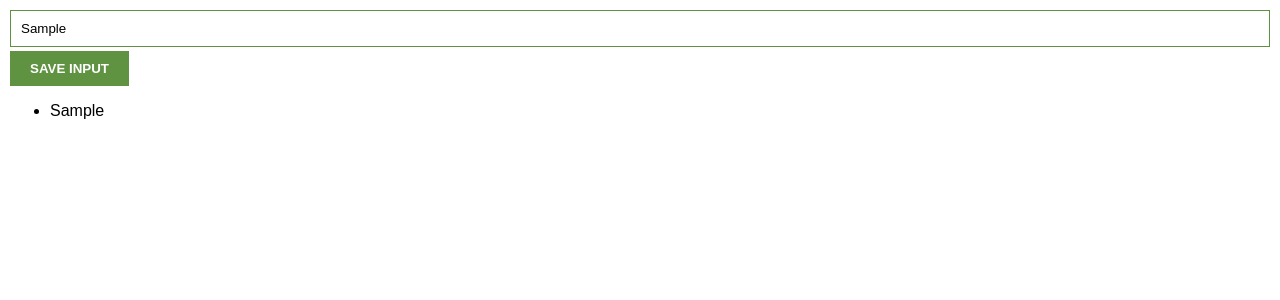
Repository: inno03/Chrome-clone-extension-app
Page: index.html
An editor plug-in stored every save of this project. The page is shown before and after a run of saves, followed by the edit.
The browser window is 1280 px wide. The pictures show the whole page.
Empty fields were first filled with sample values (such as "Sample", 5 or name@example.com).
After loading, the first visible `#input-btn` was clicked once.

Above is the page before, as saved 2023-03-09 21:37:18.

After the next 2 saves:
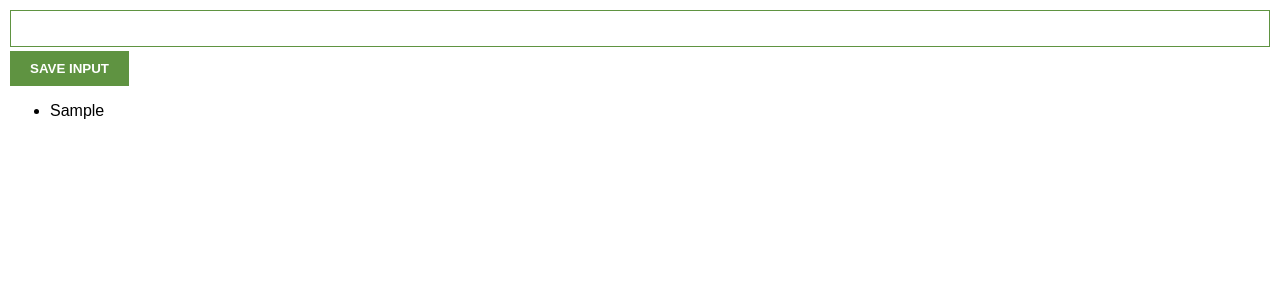
The 2 saves are shown as one change because they came seconds apart.
The last was saved 7 s later.
--- a/index.js
+++ b/index.js
@@ -5,7 +5,7 @@ const ulEl = document.getElementById("ul-el")
 
 inputBtn.addEventListener("click", function() {
     myLeads.push(inputEl.value)
-    inputEl.value
+    inputEl.value=""
     renderLeads()
 })
 
